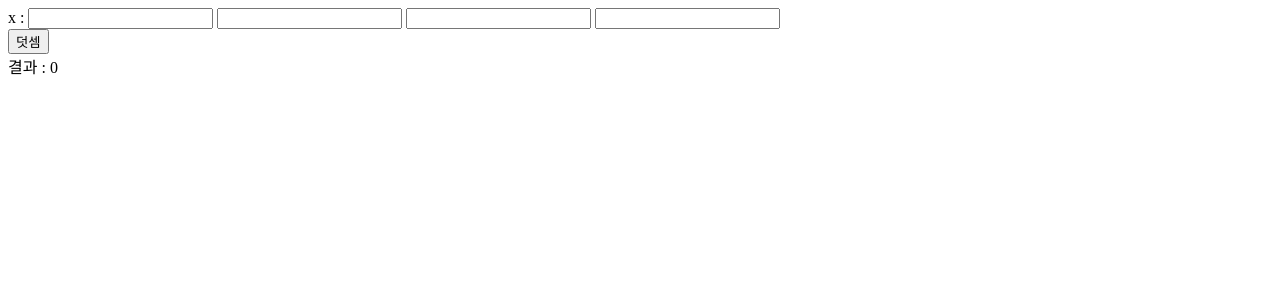
Repository: yunBibi/newlecture_jsp
Page: Test/src/main/webapp/add2.html
These files come from the project's save history. The page is drawn as it stood at one moment and after the next save; the edit follows.
The browser window is 1280 px wide. The pictures show the whole page.

Above is the page before, as saved 2021-11-29 23:09:14.

### Test/src/main/webapp/add2.html
<!DOCTYPE html>
<html>
<head>
<meta charset="UTF-8">
<title>Insert title here</title>
</head>
<body>
	<form action="add2" method="post">
		<div>
			<label> x : </label>
			<input type="text" name="num" />
			<input type="text" name="num" />
			<input type="text" name="num" />
			<input type="text" name="num" />

		</div>

		<div>
			<input type="submit" value="덧셈" />
		</div>
		<div>
			결과 : 0
		</div>
	</form>
</body>
</html>

After the next save:
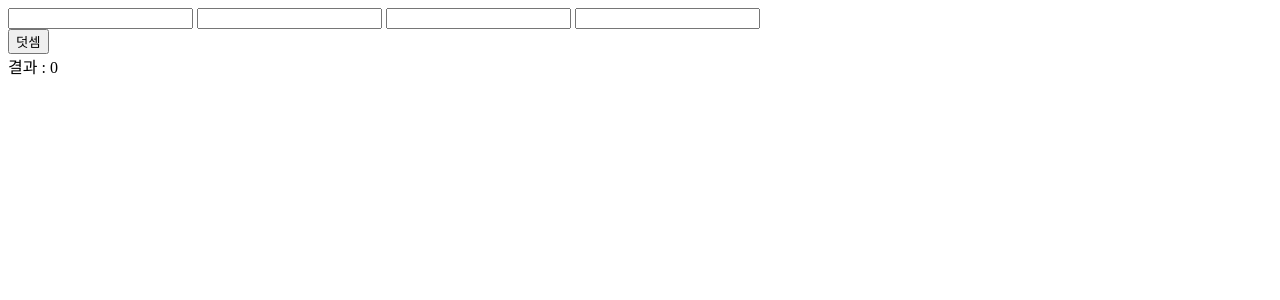
Saved 11 s later.
--- a/Test/src/main/webapp/add2.html
+++ b/Test/src/main/webapp/add2.html
@@ -7,7 +7,6 @@
 <body>
 	<form action="add2" method="post">
 		<div>
-			<label> x : </label>
 			<input type="text" name="num" />
 			<input type="text" name="num" />
 			<input type="text" name="num" />
